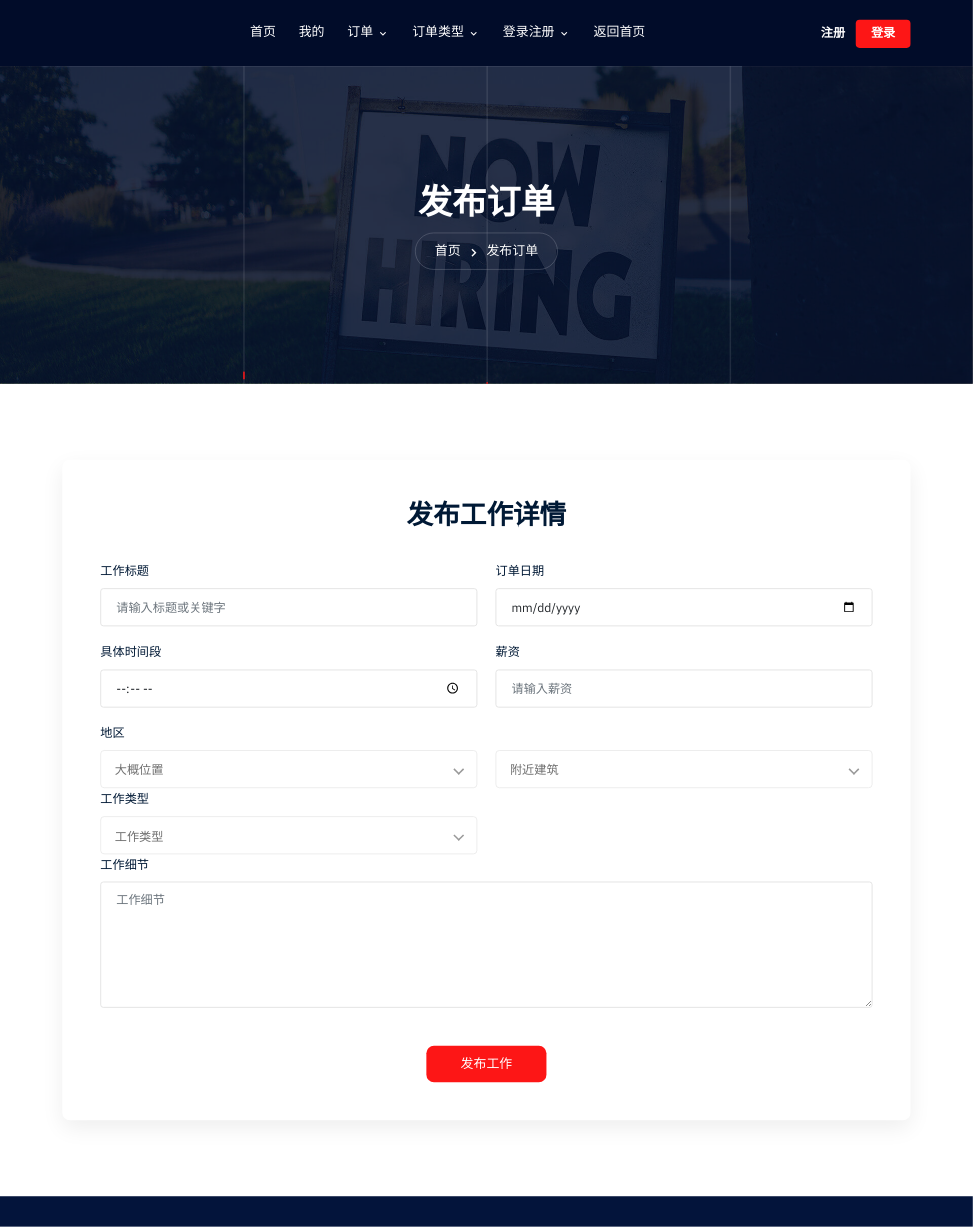
Repository: Aliceonly/Co-DecentralizedApplication
Page: html/post-job.html
The author's editor kept a copy of each file at every save. The page is drawn from the files as they stood at one save, then again after the next save.
The browser window is 1280 px wide. The pictures show the whole page, at 76% of full size.

Above is the page before, as saved 2022-04-27 18:38:39.

### html/post-job.html
<!doctype html>
<html lang="zxx">
<head>

<meta charset="utf-8">
<meta name="viewport" content="width=device-width, initial-scale=1, shrink-to-fit=no">

<link rel="stylesheet" href="../static/css/bootstrap.min.css">

<link rel="stylesheet" href="../static/css/owl.carousel.min.css">

<link rel="stylesheet" href="../static/css/owl.theme.default.min.css">

<link rel="stylesheet" href="../static/css/boxicon.min.css">

<link rel="stylesheet" href="../static/css/flaticon.css">

<link rel="stylesheet" href="../static/css/magnific-popup.css">

<link rel="stylesheet" href="../static/css/meanmenu.css">

<link rel="stylesheet" href="../static/css/nice-select.css">

<link rel="stylesheet" href="../static/css/style.css">

<link rel="stylesheet" href="../static/css/responsive.css">

<title>Jovie - Job Board & Portal HTML Template</title>

</head>
<body>

<div class="loader-content">
<div class="d-table">
<div class="d-table-cell">
<div class="sk-circle">
<div class="sk-circle1 sk-child"></div>
<div class="sk-circle2 sk-child"></div>
<div class="sk-circle3 sk-child"></div>
<div class="sk-circle4 sk-child"></div>
<div class="sk-circle5 sk-child"></div>
<div class="sk-circle6 sk-child"></div>
<div class="sk-circle7 sk-child"></div>
<div class="sk-circle8 sk-child"></div>
<div class="sk-circle9 sk-child"></div>
<div class="sk-circle10 sk-child"></div>
<div class="sk-circle11 sk-child"></div>
<div class="sk-circle12 sk-child"></div>
</div>
</div>
</div>
</div>


<div class="navbar-area">

<div class="mobile-nav">
<a href="/" class="logo">
<!-- <img src="static/picture/logo.png" alt="logo"> -->
</a>
</div>

<div class="main-nav">
    <div class="container">
    <nav class="navbar navbar-expand-lg navbar-light">
    <a class="navbar-brand" href="/">
    <!-- <img src="static/picture/logo.png" alt="logo"> -->
    </a>
    <div class="collapse navbar-collapse mean-menu" id="navbarSupportedContent">
    <ul    class="navbar-nav m-auto">
        <!-- style="position: relative;left: -430px;"  -->
        <!-- 标记！！！！！！！！！！！！！！！！！！！！！！！！！！！ -->

    <li class="nav-item">
    <!-- <a href="#" class="nav-link dropdown-toggle active">Home</a> -->
    <li class="nav-item">
        <a href="/" class="nav-link">首页</a>
    </li>
    <li class="nav-item">
        <a href="personal_detail" class="nav-link">我的</a>
    </li>


    <li class="nav-item">
    <a href="#" class="nav-link dropdown-toggle">订单</a>
    <ul class="dropdown-menu">
    <li class="nav-item">
    <a href="/" class="nav-link">查看订单</a>
    </li>
    <li class="nav-item">
    <a href="post_job" class="nav-link">发布订单</a>
    </li>
    </ul>
    </li>
    <li class="nav-item">
    <a href="#" class="nav-link dropdown-toggle">订单类型</a>
    <ul class="dropdown-menu">
    <li class="nav-item">
    <a href="detail_campus" class="nav-link">校园兼职</a>
    </li>
    <li class="nav-item">
    <a href="detail_qukuilySend" class="nav-link">校园跑腿</a>
    </li>
    <li class="nav-item">
    <a href="detail_shared" class="nav-link">共享服务</a>
    </li>
    </ul>
    </li>

    <li class="nav-item">
    <a href="#" class="nav-link dropdown-toggle">登录注册</a>
    <ul class="dropdown-menu">
    <li class="nav-item">
    <a href="sign_in" class="nav-link">登录</a>
    </li>
    <li class="nav-item">
    <a href="sign_up" class="nav-link">注册</a>
    </li>
    <li class="nav-item">
    <!-- <a href="blog-details.html" class="nav-link">Blog Details</a> -->
    </li>
    </ul>
    </li>


    <li class="nav-item">
    <a href="/" class="nav-link">返回首页</a>
    </li>
    <!-- <li class="nav-item"> -->
    <!-- <a href="contact.html" class="nav-link">Contact Us</a> -->
    <!-- </li> -->
    </ul>


    <div class="other-option">
    <a href="sign_up" class="signup-btn">注册</a>
    <a href="sign_in" class="signin-btn">登录</a>
    </div>
    </div>
    </nav>
    </div>
    </div>
    </div>


<section class="page-title title-bg3">
<div class="d-table">
<div class="d-table-cell">
<h2>发布订单</h2>
<ul>
<li>
<a href="/">首页</a>
</li>
<li>发布订单</li>
</ul>
</div>
</div>
<div class="lines">
<div class="line"></div>
<div class="line"></div>
<div class="line"></div>
</div>
</section>


<div class="job-post ptb-100">
<div class="container">
<form class="job-post-from">
<h2>发布工作详情</h2>
<div class="row">
<div class="col-md-6">
<div class="form-group">
<label>工作标题</label>
<input type="text" class="form-control" id="exampleInput1" placeholder="请输入标题或关键字" required="">
</div>
</div>
<div style="width: 50%;" class="col-md-6">
<div class="form-group">
<label>订单日期</label>
<input type="date" class="form-control" id="exampleInput2" placeholder="请输入工作日期" required="">
</div>
</div>
<div style="width: 50%;" class="col-md-6">
<div class="form-group">
<label>具体时间段</label>
<input type="time" class="form-control" id="exampleInput4" placeholder="请输入工作时间段" required="">
</div>
</div>
<div class="col-md-6">
<div class="form-group">
<label>薪资</label>
<input type="number" class="form-control" id="exampleInput3" placeholder="请输入薪资" required="">
</div>
</div>

<div style="width: 50%;" class="col-md-6">
<div class="form-group">
<label>地区</label>
<select class="category" id="place">
    <option data-display="大概位置" >校园区域</option>
    <option value="1">A区</option>
    <option value="2">B区</option>
    <option value="4">C区</option>
    <option value="5">D区</option>
    <option value="6">E区</option>
     </select>
</div>
</div>

<div style="width: 50%;" class="col-md-6">
    <div class="form-group">
    <label style="visibility: hidden">地区</label>
    <select class="category"  id="place2">
        <option data-display="附近建筑">主要建筑</option>
         <option value="1">宿舍楼</option>
         <option value="2">教学楼</option>
         <option value="4">行政楼</option>
         <option value="6">运动场</option>
         <option value="5">食堂</option>
         <option value="6">超市</option>
         <option value="6">水果店</option>
         </select>
    </div>
    </div>

<div class="col-md-6">
<div class="form-group">
<label>工作类型</label>
<select class="category" id="place3">
<option data-display="工作类型"  >工作类型</option>
<option value="1">校园跑腿类型</option>
<option value="2">校园兼职类型</option>
<option value="4">共享服务类型</option>
 </select>
</div>
</div>




<div class="col-md-12">
<div class="form-group">
<label for="exampleFormControlTextarea1">工作细节</label>
<textarea class="form-control description-area" id="exampleFormControlTextarea1" rows="6" placeholder="工作细节" required=""></textarea>
</div>
</div>
<div class="col-md-12 text-center">
<button type="button" class="post-btn" onclick="CreatTask()">
发布工作
</button>
</div>
</div>
</form>
</div>
</div>




<div class="copyright-text text-center">
<p> <a target="_blank" href="https://sc.chinaz.com/moban/"> </a></p>
</div>


<div class="top-btn">
<i class='bx bx-chevrons-up bx-fade-up'></i>
</div>


<script data-cfasync="false" src="../static/js/email-decode.min.js"></script><script src="../static/js/jquery.min.js"></script>
<script src="../static/js/bootstrap.bundle.min.js"></script>

<script src="../static/js/owl.carousel.min.js"></script>

<script src="../static/js/jquery.nice-select.min.js"></script>

<script src="../static/js/jquery.magnific-popup.min.js"></script>

<script src="../static/js/jquery.ajaxchimp.min.js"></script>

<script src="../static/js/form-validator.min.js"></script>

<script src="../static/js/contact-form-script.js"></script>

<script src="../static/js/meanmenu.js"></script>

<script src="../static/js/custom.js"></script>
<script src="../static/web3.js/post-job.js"></script>
</body>
</html>

### static/css/flaticon.css
@font-face{font-family:flaticon;src:url(../font/Flaticon.eot);src:url(../font/Flaticon.eot) format("embedded-opentype"),url(../font/Flaticon.woff2) format("woff2"),url(../font/Flaticon.woff) format("woff"),url(https://templates.hibootstrap.com/jovie/default/assets/fonts/flaticon/Flaticon.ttf) format("truetype"),url(https://templates.hibootstrap.com/jovie/default/assets/fonts/flaticon/Flaticon.svg) format("svg");font-weight:400;font-style:normal}@media screen and (-webkit-min-device-pixel-ratio:0){@font-face{font-family:flaticon;src:url(https://templates.hibootstrap.com/jovie/default/assets/fonts/flaticon/Flaticon.svg) format("svg")}}[class^=flaticon-]:before,[class*=" flaticon-"]:before,[class^=flaticon-]:after,[class*=" flaticon-"]:after{font-family:Flaticon;font-style:normal}.flaticon-accounting:before{content:"\f100"}.flaticon-graduation-cap:before{content:"\f101"}.flaticon-wrench-and-screwdriver-in-cross:before{content:"\f102"}.flaticon-consultation:before{content:"\f103"}.flaticon-heart:before{content:"\f104"}.flaticon-computer:before{content:"\f105"}.flaticon-worker:before{content:"\f106"}.flaticon-auction:before{content:"\f107"}.flaticon-website:before{content:"\f108"}.flaticon-recruitment:before{content:"\f109"}.flaticon-login:before{content:"\f10a"}.flaticon-group:before{content:"\f10b"}.flaticon-discussion:before{content:"\f10c"}.flaticon-research:before{content:"\f10d"}.flaticon-user:before{content:"\f10e"}.flaticon-left-quotes-sign:before{content:"\f10f"}.flaticon-resume:before{content:"\f110"}.flaticon-employee:before{content:"\f111"}.flaticon-portfolio:before{content:"\f112"}.flaticon-results:before{content:"\f113"}.flaticon-computer-1:before{content:"\f114"}

### static/js/contact-form-script.js
!function(e){"use strict";function a(){e("#contactForm").removeClass().addClass("shake animated").one("webkitAnimationEnd mozAnimationEnd MSAnimationEnd oanimationend animationend",function(){e(this).removeClass()})}function t(a,t){if(a)var n="h4 tada animated text-success";else n="h4 text-danger";e("#msgSubmit").removeClass().addClass(n).text(t)}e("#contactForm").validator().on("submit",function(n){var s,i,o,m,r;n.isDefaultPrevented()?(a(),t(!1,"Did you fill in the form properly?")):(n.preventDefault(),s=e("#name").val(),i=e("#email").val(),o=e("#msg_subject").val(),m=e("#phone_number").val(),r=e("#message").val(),e.ajax({type:"POST",url:"assets/php/form-process.php",data:"name="+s+"&email="+i+"&msg_subject="+o+"&phone_number="+m+"&message="+r,success:function(n){"success"==n?(e("#contactForm")[0].reset(),t(!0,"Message Submitted!")):(a(),t(!1,n))}}))})}(jQuery);

### static/css/css.css
/* tamil */
@font-face {
  font-family: 'Catamaran';
  font-style: normal;
  font-weight: 400;
  font-display: swap;
  src: url(../font/o-0IIpQoyXQa2RxT7-5r8zRAW_0.woff2) format('woff2');
  unicode-range: U+0964-0965, U+0B82-0BFA, U+200C-200D, U+20B9, U+25CC;
}
/* latin-ext */
@font-face {
  font-family: 'Catamaran';
  font-style: normal;
  font-weight: 400;
  font-display: swap;
  src: url(../font/o-0IIpQoyXQa2RxT7-5r6zRAW_0.woff2) format('woff2');
  unicode-range: U+0100-024F, U+0259, U+1E00-1EFF, U+2020, U+20A0-20AB, U+20AD-20CF, U+2113, U+2C60-2C7F, U+A720-A7FF;
}
/* latin */
@font-face {
  font-family: 'Catamaran';
  font-style: normal;
  font-weight: 400;
  font-display: swap;
  src: url(../font/o-0IIpQoyXQa2RxT7-5r5TRA.woff2) format('woff2');
  unicode-range: U+0000-00FF, U+0131, U+0152-0153, U+02BB-02BC, U+02C6, U+02DA, U+02DC, U+2000-206F, U+2074, U+20AC, U+2122, U+2191, U+2193, U+2212, U+2215, U+FEFF, U+FFFD;
}
/* tamil */
@font-face {
  font-family: 'Catamaran';
  font-style: normal;
  font-weight: 600;
  font-display: swap;
  src: url(../font/o-0IIpQoyXQa2RxT7-5r8zRAW_0.woff2) format('woff2');
  unicode-range: U+0964-0965, U+0B82-0BFA, U+200C-200D, U+20B9, U+25CC;
}
/* latin-ext */
@font-face {
  font-family: 'Catamaran';
  font-style: normal;
  font-weight: 600;
  font-display: swap;
  src: url(../font/o-0IIpQoyXQa2RxT7-5r6zRAW_0.woff2) format('woff2');
  unicode-range: U+0100-024F, U+0259, U+1E00-1EFF, U+2020, U+20A0-20AB, U+20AD-20CF, U+2113, U+2C60-2C7F, U+A720-A7FF;
}
/* latin */
@font-face {
  font-family: 'Catamaran';
  font-style: normal;
  font-weight: 600;
  font-display: swap;
  src: url(../font/o-0IIpQoyXQa2RxT7-5r5TRA.woff2) format('woff2');
  unicode-range: U+0000-00FF, U+0131, U+0152-0153, U+02BB-02BC, U+02C6, U+02DA, U+02DC, U+2000-206F, U+2074, U+20AC, U+2122, U+2191, U+2193, U+2212, U+2215, U+FEFF, U+FFFD;
}
/* cyrillic-ext */
@font-face {
  font-family: 'IBM Plex Sans';
  font-style: italic;
  font-weight: 500;
  font-display: swap;
  src: url(../font/zYX7KVElMYYaJe8bpLHnCwDKhdTm5IVce_fuNmo.woff2) format('woff2');
  unicode-range: U+0460-052F, U+1C80-1C88, U+20B4, U+2DE0-2DFF, U+A640-A69F, U+FE2E-FE2F;
}
/* cyrillic */
@font-face {
  font-family: 'IBM Plex Sans';
  font-style: italic;
  font-weight: 500;
  font-display: swap;
  src: url(../font/zYX7KVElMYYaJe8bpLHnCwDKhdTm5IVccvfuNmo.woff2) format('woff2');
  unicode-range: U+0400-045F, U+0490-0491, U+04B0-04B1, U+2116;
}
/* greek */
@font-face {
  font-family: 'IBM Plex Sans';
  font-style: italic;
  font-weight: 500;
  font-display: swap;
  src: url(../font/zYX7KVElMYYaJe8bpLHnCwDKhdTm5IVcdffuNmo.woff2) format('woff2');
  unicode-range: U+0370-03FF;
}
/* vietnamese */
@font-face {
  font-family: 'IBM Plex Sans';
  font-style: italic;
  font-weight: 500;
  font-display: swap;
  src: url(../font/zYX7KVElMYYaJe8bpLHnCwDKhdTm5IVceffuNmo.woff2) format('woff2');
  unicode-range: U+0102-0103, U+0110-0111, U+0128-0129, U+0168-0169, U+01A0-01A1, U+01AF-01B0, U+1EA0-1EF9, U+20AB;
}
/* latin-ext */
@font-face {
  font-family: 'IBM Plex Sans';
  font-style: italic;
  font-weight: 500;
  font-display: swap;
  src: url(../font/zYX7KVElMYYaJe8bpLHnCwDKhdTm5IVcePfuNmo.woff2) format('woff2');
  unicode-range: U+0100-024F, U+0259, U+1E00-1EFF, U+2020, U+20A0-20AB, U+20AD-20CF, U+2113, U+2C60-2C7F, U+A720-A7FF;
}
/* latin */
@font-face {
  font-family: 'IBM Plex Sans';
  font-style: italic;
  font-weight: 500;
  font-display: swap;
  src: url(../font/zYX7KVElMYYaJe8bpLHnCwDKhdTm5IVcdvfu.woff2) format('woff2');
  unicode-range: U+0000-00FF, U+0131, U+0152-0153, U+02BB-02BC, U+02C6, U+02DA, U+02DC, U+2000-206F, U+2074, U+20AC, U+2122, U+2191, U+2193, U+2212, U+2215, U+FEFF, U+FFFD;
}
/* cyrillic-ext */
@font-face {
  font-family: 'IBM Plex Sans';
  font-style: normal;
  font-weight: 400;
  font-display: swap;
  src: url(../font/zYXgKVElMYYaJe8bpLHnCwDKhdzeFb5N.woff2) format('woff2');
  unicode-range: U+0460-052F, U+1C80-1C88, U+20B4, U+2DE0-2DFF, U+A640-A69F, U+FE2E-FE2F;
}
/* cyrillic */
@font-face {
  font-family: 'IBM Plex Sans';
  font-style: normal;
  font-weight: 400;
  font-display: swap;
  src: url(../font/zYXgKVElMYYaJe8bpLHnCwDKhdXeFb5N.woff2) format('woff2');
  unicode-range: U+0400-045F, U+0490-0491, U+04B0-04B1, U+2116;
}
/* greek */
@font-face {
  font-family: 'IBM Plex Sans';
  font-style: normal;
  font-weight: 400;
  font-display: swap;
  src: url(../font/zYXgKVElMYYaJe8bpLHnCwDKhdLeFb5N.woff2) format('woff2');
  unicode-range: U+0370-03FF;
}
/* vietnamese */
@font-face {
  font-family: 'IBM Plex Sans';
  font-style: normal;
  font-weight: 400;
  font-display: swap;
  src: url(../font/zYXgKVElMYYaJe8bpLHnCwDKhd7eFb5N.woff2) format('woff2');
  unicode-range: U+0102-0103, U+0110-0111, U+0128-0129, U+0168-0169, U+01A0-01A1, U+01AF-01B0, U+1EA0-1EF9, U+20AB;
}
/* latin-ext */
@font-face {
  font-family: 'IBM Plex Sans';
  font-style: normal;
  font-weight: 400;
  font-display: swap;
  src: url(../font/zYXgKVElMYYaJe8bpLHnCwDKhd_eFb5N.woff2) format('woff2');
  unicode-range: U+0100-024F, U+0259, U+1E00-1EFF, U+2020, U+20A0-20AB, U+20AD-20CF, U+2113, U+2C60-2C7F, U+A720-A7FF;
}
/* latin */
@font-face {
  font-family: 'IBM Plex Sans';
  font-style: normal;
  font-weight: 400;
  font-display: swap;
  src: url(../font/zYXgKVElMYYaJe8bpLHnCwDKhdHeFQ.woff2) format('woff2');
  unicode-range: U+0000-00FF, U+0131, U+0152-0153, U+02BB-02BC, U+02C6, U+02DA, U+02DC, U+2000-206F, U+2074, U+20AC, U+2122, U+2191, U+2193, U+2212, U+2215, U+FEFF, U+FFFD;
}
/* cyrillic-ext */
@font-face {
  font-family: 'IBM Plex Sans';
  font-style: normal;
  font-weight: 500;
  font-display: swap;
  src: url(../font/zYX9KVElMYYaJe8bpLHnCwDKjSL9AIxsdO_q.woff2) format('woff2');
  unicode-range: U+0460-052F, U+1C80-1C88, U+20B4, U+2DE0-2DFF, U+A640-A69F, U+FE2E-FE2F;
}
/* cyrillic */
@font-face {
  font-family: 'IBM Plex Sans';
  font-style: normal;
  font-weight: 500;
  font-display: swap;
  src: url(../font/zYX9KVElMYYaJe8bpLHnCwDKjSL9AIVsdO_q.woff2) format('woff2');
  unicode-range: U+0400-045F, U+0490-0491, U+04B0-04B1, U+2116;
}
/* greek */
@font-face {
  font-family: 'IBM Plex Sans';
  font-style: normal;
  font-weight: 500;
  font-display: swap;
  src: url(../font/zYX9KVElMYYaJe8bpLHnCwDKjSL9AIJsdO_q.woff2) format('woff2');
  unicode-range: U+0370-03FF;
}
/* vietnamese */
@font-face {
  font-family: 'IBM Plex Sans';
  font-style: normal;
  font-weight: 500;
  font-display: swap;
  src: url(../font/zYX9KVElMYYaJe8bpLHnCwDKjSL9AI5sdO_q.woff2) format('woff2');
  unicode-range: U+0102-0103, U+0110-0111, U+0128-0129, U+0168-0169, U+01A0-01A1, U+01AF-01B0, U+1EA0-1EF9, U+20AB;
}
/* latin-ext */
@font-face {
  font-family: 'IBM Plex Sans';
  font-style: normal;
  font-weight: 500;
  font-display: swap;
  src: url(../font/zYX9KVElMYYaJe8bpLHnCwDKjSL9AI9sdO_q.woff2) format('woff2');
  unicode-range: U+0100-024F, U+0259, U+1E00-1EFF, U+2020, U+20A0-20AB, U+20AD-20CF, U+2113, U+2C60-2C7F, U+A720-A7FF;
}
/* latin */
@font-face {
  font-family: 'IBM Plex Sans';
  font-style: normal;
  font-weight: 500;
  font-display: swap;
  src: url(../font/zYX9KVElMYYaJe8bpLHnCwDKjSL9AIFsdA.woff2) format('woff2');
  unicode-range: U+0000-00FF, U+0131, U+0152-0153, U+02BB-02BC, U+02C6, U+02DA, U+02DC, U+2000-206F, U+2074, U+20AC, U+2122, U+2191, U+2193, U+2212, U+2215, U+FEFF, U+FFFD;
}
/* cyrillic-ext */
@font-face {
  font-family: 'IBM Plex Sans';
  font-style: normal;
  font-weight: 600;
  font-display: swap;
  src: url(../font/zYX9KVElMYYaJe8bpLHnCwDKjQ76AIxsdO_q.woff2) format('woff2');
  unicode-range: U+0460-052F, U+1C80-1C88, U+20B4, U+2DE0-2DFF, U+A640-A69F, U+FE2E-FE2F;
}
/* cyrillic */
@font-face {
  font-family: 'IBM Plex Sans';
  font-style: normal;
  font-weight: 600;
  font-display: swap;
  src: url(../font/zYX9KVElMYYaJe8bpLHnCwDKjQ76AIVsdO_q.woff2) format('woff2');
  unicode-range: U+0400-045F, U+0490-0491, U+04B0-04B1, U+2116;
}
/* greek */
@font-face {
  font-family: 'IBM Plex Sans';
  font-style: normal;
  font-weight: 600;
  font-display: swap;
  src: url(../font/zYX9KVElMYYaJe8bpLHnCwDKjQ76AIJsdO_q.woff2) format('woff2');
  unicode-range: U+0370-03FF;
}
/* vietnamese */
@font-face {
  font-family: 'IBM Plex Sans';
  font-style: normal;
  font-weight: 600;
  font-display: swap;
  src: url(../font/zYX9KVElMYYaJe8bpLHnCwDKjQ76AI5sdO_q.woff2) format('woff2');
  unicode-range: U+0102-0103, U+0110-0111, U+0128-0129, U+0168-0169, U+01A0-01A1, U+01AF-01B0, U+1EA0-1EF9, U+20AB;
}
/* latin-ext */
@font-face {
  font-family: 'IBM Plex Sans';
  font-style: normal;
  font-weight: 600;
  font-display: swap;
  src: url(../font/zYX9KVElMYYaJe8bpLHnCwDKjQ76AI9sdO_q.woff2) format('woff2');
  unicode-range: U+0100-024F, U+0259, U+1E00-1EFF, U+2020, U+20A0-20AB, U+20AD-20CF, U+2113, U+2C60-2C7F, U+A720-A7FF;
}
/* latin */
@font-face {
  font-family: 'IBM Plex Sans';
  font-style: normal;
  font-weight: 600;
  font-display: swap;
  src: url(../font/zYX9KVElMYYaJe8bpLHnCwDKjQ76AIFsdA.woff2) format('woff2');
  unicode-range: U+0000-00FF, U+0131, U+0152-0153, U+02BB-02BC, U+02C6, U+02DA, U+02DC, U+2000-206F, U+2074, U+20AC, U+2122, U+2191, U+2193, U+2212, U+2215, U+FEFF, U+FFFD;
}
/* cyrillic-ext */
@font-face {
  font-family: 'IBM Plex Sans';
  font-style: normal;
  font-weight: 700;
  font-display: swap;
  src: url(../font/zYX9KVElMYYaJe8bpLHnCwDKjWr7AIxsdO_q.woff2) format('woff2');
  unicode-range: U+0460-052F, U+1C80-1C88, U+20B4, U+2DE0-2DFF, U+A640-A69F, U+FE2E-FE2F;
}
/* cyrillic */
@font-face {
  font-family: 'IBM Plex Sans';
  font-style: normal;
  font-weight: 700;
  font-display: swap;
  src: url(../font/zYX9KVElMYYaJe8bpLHnCwDKjWr7AIVsdO_q.woff2) format('woff2');
  unicode-range: U+0400-045F, U+0490-0491, U+04B0-04B1, U+2116;
}
/* greek */
@font-face {
  font-family: 'IBM Plex Sans';
  font-style: normal;
  font-weight: 700;
  font-display: swap;
  src: url(../font/zYX9KVElMYYaJe8bpLHnCwDKjWr7AIJsdO_q.woff2) format('woff2');
  unicode-range: U+0370-03FF;
}
/* vietnamese */
@font-face {
  font-family: 'IBM Plex Sans';
  font-style: normal;
  font-weight: 700;
  font-display: swap;
  src: url(../font/zYX9KVElMYYaJe8bpLHnCwDKjWr7AI5sdO_q.woff2) format('woff2');
  unicode-range: U+0102-0103, U+0110-0111, U+0128-0129, U+0168-0169, U+01A0-01A1, U+01AF-01B0, U+1EA0-1EF9, U+20AB;
}
/* latin-ext */
@font-face {
  font-family: 'IBM Plex Sans';
  font-style: normal;
  font-weight: 700;
  font-display: swap;
  src: url(../font/zYX9KVElMYYaJe8bpLHnCwDKjWr7AI9sdO_q.woff2) format('woff2');
  unicode-range: U+0100-024F, U+0259, U+1E00-1EFF, U+2020, U+20A0-20AB, U+20AD-20CF, U+2113, U+2C60-2C7F, U+A720-A7FF;
}
/* latin */
@font-face {
  font-family: 'IBM Plex Sans';
  font-style: normal;
  font-weight: 700;
  font-display: swap;
  src: url(../font/zYX9KVElMYYaJe8bpLHnCwDKjWr7AIFsdA.woff2) format('woff2');
  unicode-range: U+0000-00FF, U+0131, U+0152-0153, U+02BB-02BC, U+02C6, U+02DA, U+02DC, U+2000-206F, U+2074, U+20AC, U+2122, U+2191, U+2193, U+2212, U+2215, U+FEFF, U+FFFD;
}

Loaded but not shown: static/css/bootstrap.min.css (library); static/css/owl.carousel.min.css (library); static/css/owl.theme.default.min.css (common file); static/css/boxicon.min.css (library); static/css/magnific-popup.css (library); static/css/meanmenu.css (library); static/css/nice-select.css (common file); static/css/style.css (library); static/css/responsive.css (library); static/js/email-decode.min.js (common file); static/js/jquery.min.js (library); static/js/bootstrap.bundle.min.js (library); static/js/owl.carousel.min.js (library); static/js/jquery.nice-select.min.js (common file); static/js/jquery.magnific-popup.min.js (library); static/js/jquery.ajaxchimp.min.js (common file); static/js/form-validator.min.js (library); static/js/meanmenu.js (library); static/js/custom.js (12 lines, source omitted); static/web3.js/post-job.js (46 lines, source omitted)

After the next save:
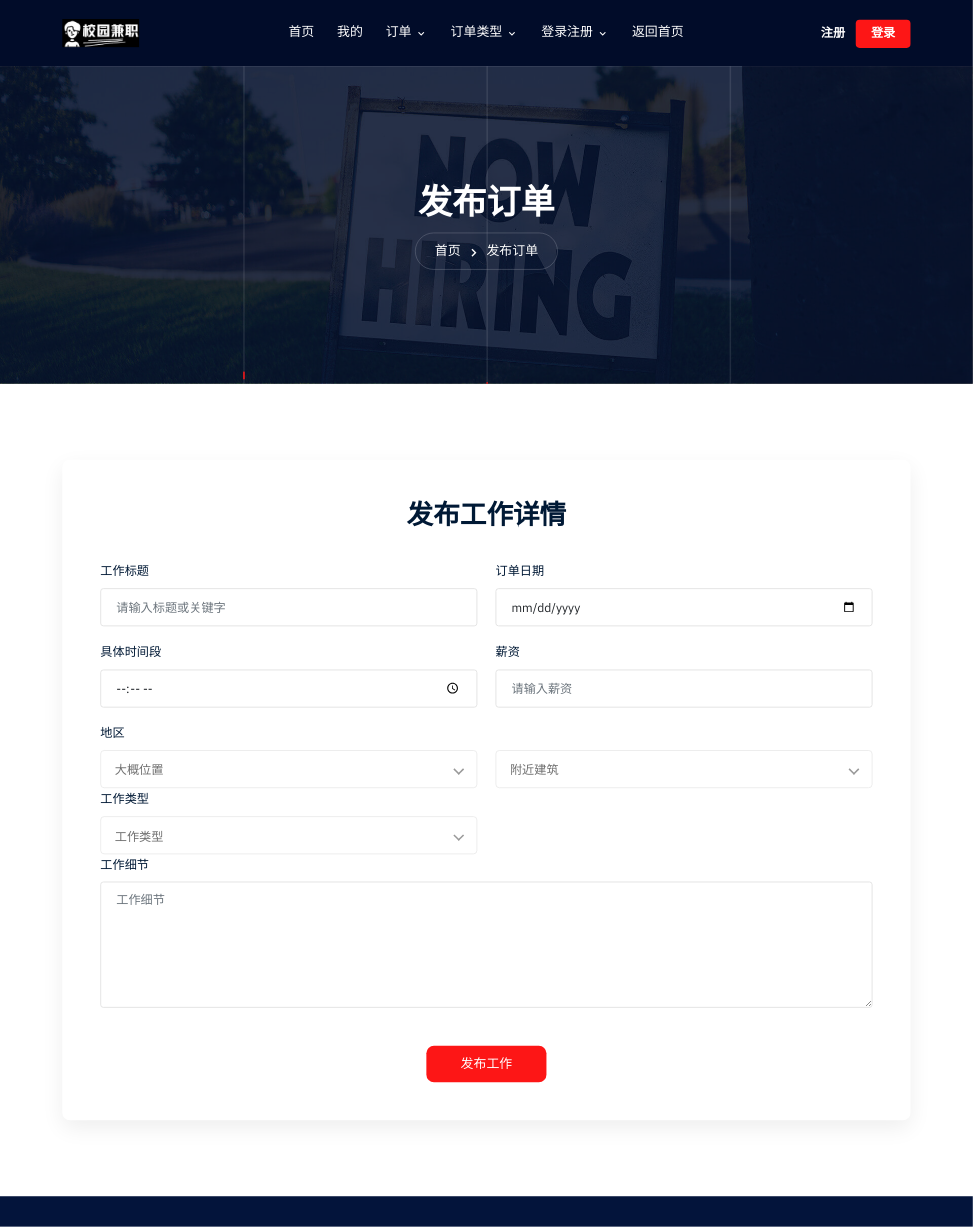
Saved 105 s later.
--- a/html/post-job.html
+++ b/html/post-job.html
@@ -56,7 +56,7 @@
 
 <div class="mobile-nav">
 <a href="/" class="logo">
-<!-- <img src="static/picture/logo.png" alt="logo"> -->
+<img src="static/picture/logo.png" alt="logo">
 </a>
 </div>
 
@@ -64,7 +64,7 @@
     <div class="container">
     <nav class="navbar navbar-expand-lg navbar-light">
     <a class="navbar-brand" href="/">
-    <!-- <img src="static/picture/logo.png" alt="logo"> -->
+    <img src="static/picture/logo.png" alt="logo">
     </a>
     <div class="collapse navbar-collapse mean-menu" id="navbarSupportedContent">
     <ul    class="navbar-nav m-auto">
@@ -89,6 +89,9 @@
     </li>
     <li class="nav-item">
     <a href="post_job" class="nav-link">发布订单</a>
+    </li>
+    <li class="nav-item">
+        <a href="all_order" class="nav-link">个人订单</a>
     </li>
     </ul>
     </li>
@@ -247,6 +250,7 @@
 <div class="col-md-12 text-center">
 <button type="button" class="post-btn" onclick="CreatTask()">
 发布工作
+<!-- <a href="publish_order" >发布工作</a> -->
 </button>
 </div>
 </div>
